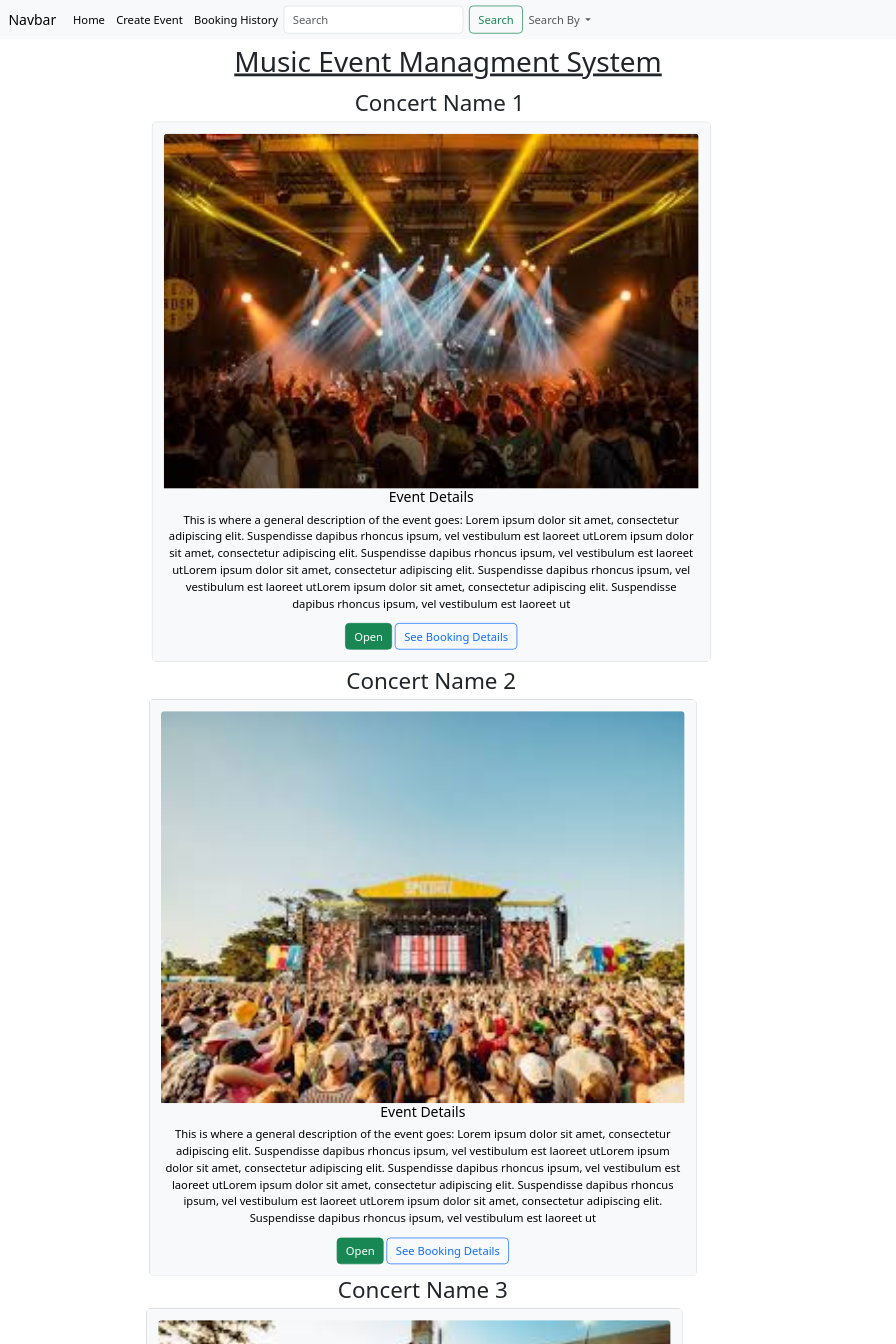
Repository: Zoey-82/IAB207-assignment
Page: webpages/index.html
These files come from the project's save history. The page is drawn as it stood at one moment and after the next save; the edit follows.
The browser window is 1280 px wide. The pictures show the part of the page from y = 0 to 1920 px (the page is 3421 px tall), at 70% of full size.

Above is the page before, as saved 2024-06-07 10:46:09.

After the next save:
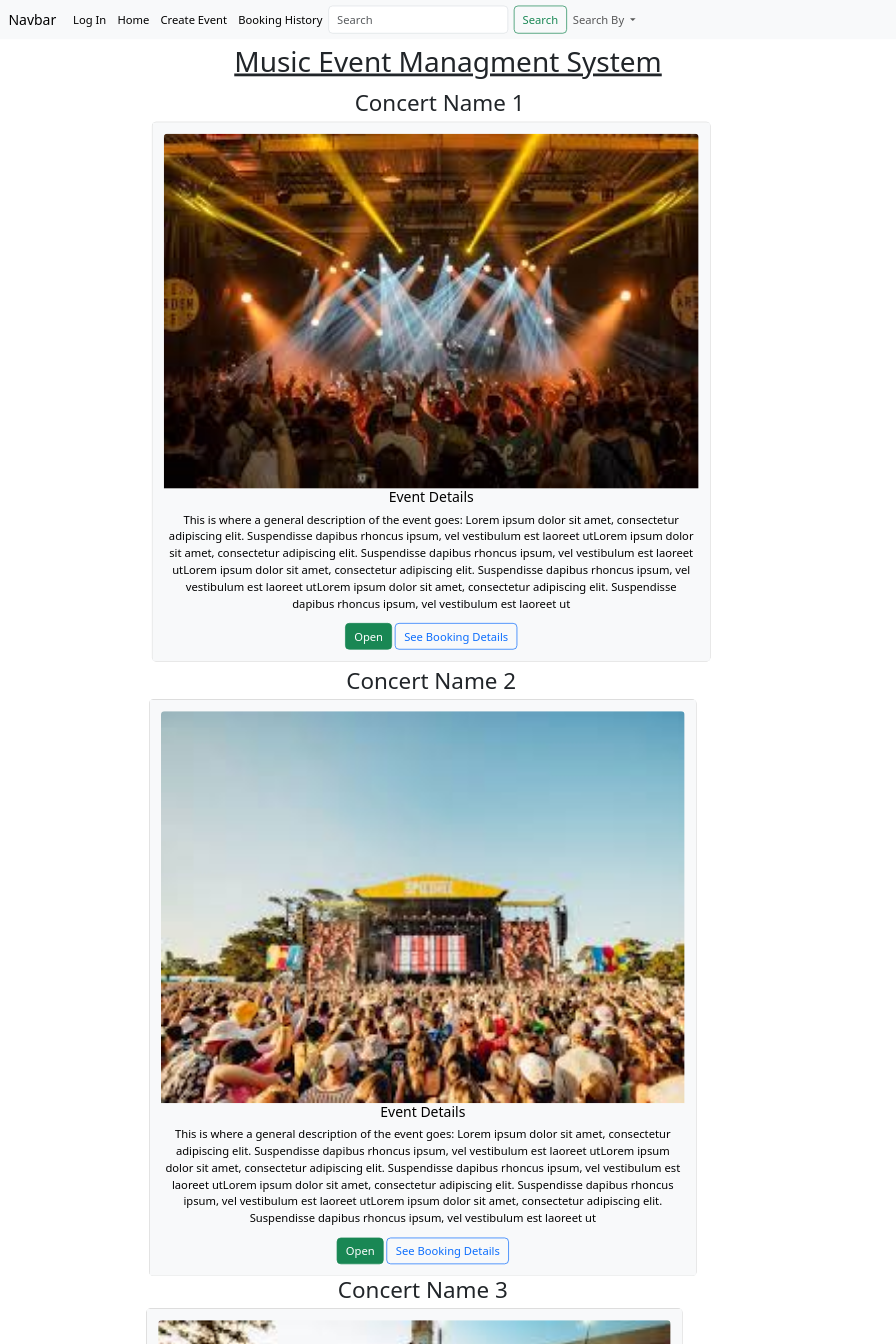
Saved 12 min 18 s later.
--- a/webpages/index.html
+++ b/webpages/index.html
@@ -18,6 +18,9 @@
               </button>
               <div class="collapse navbar-collapse" id="navbarSupportedContent">
                 <ul class="navbar-nav me-auto mb-2 mb-lg-0">
+                  <li class="nav-item">
+                    <a class="nav-link active" href="signup.html">Log In</a>
+                  </li>
                   <li class="nav-item">
                     <a class="nav-link active" aria-current="page" href="index.html">Home</a>
                   </li>
